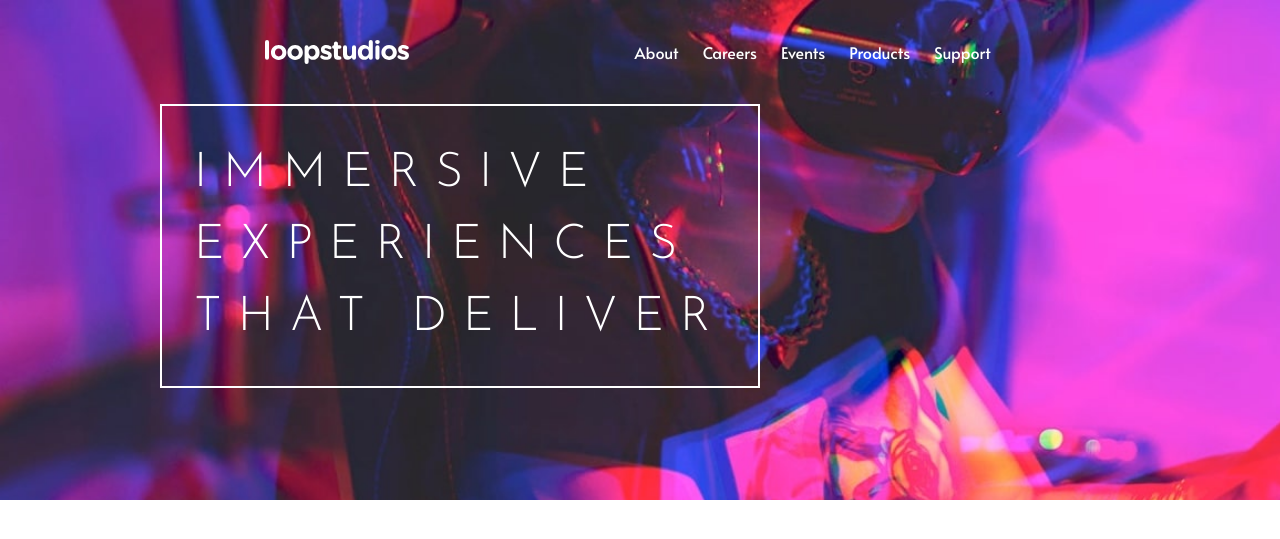
Repository: gligor99/loopstudios-fm
Page: /
The author's editor kept a copy of each file at every save. The page is drawn from the files as they stood at one save, then again after a run of saves.
The browser window is 1280 px wide. The pictures show the whole page.
The project was rebuilt for these pictures with package versions that can differ from the ones it lists, and the page was loaded fresh each time.

Above is the page before, as saved 2021-11-28 15:20:59.

After the next 2 saves:
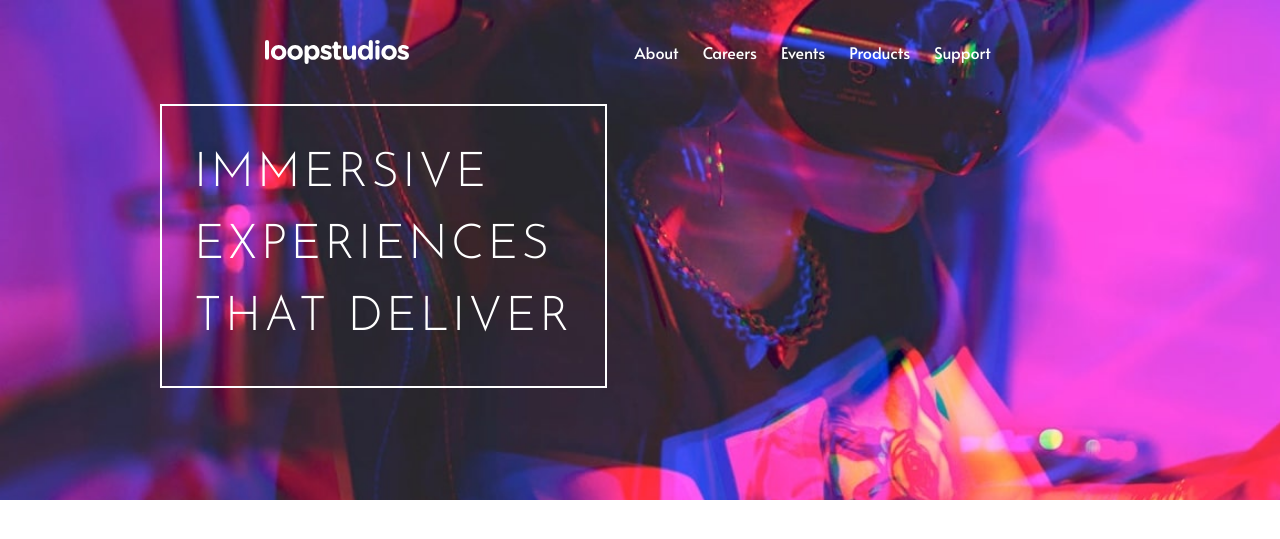
The 2 saves are shown as one change because they came seconds apart.
The last was saved 9 s later.
--- a/src/components/Hero/hero.css
+++ b/src/components/Hero/hero.css
@@ -18,6 +18,6 @@
     font-family: 'Josefin Sans' , sans-serif;
     font-size: 3rem;
     font-weight: 100;
-    letter-spacing: 1rem;
+    letter-spacing: 0.2rem;
     color: white;
 }
